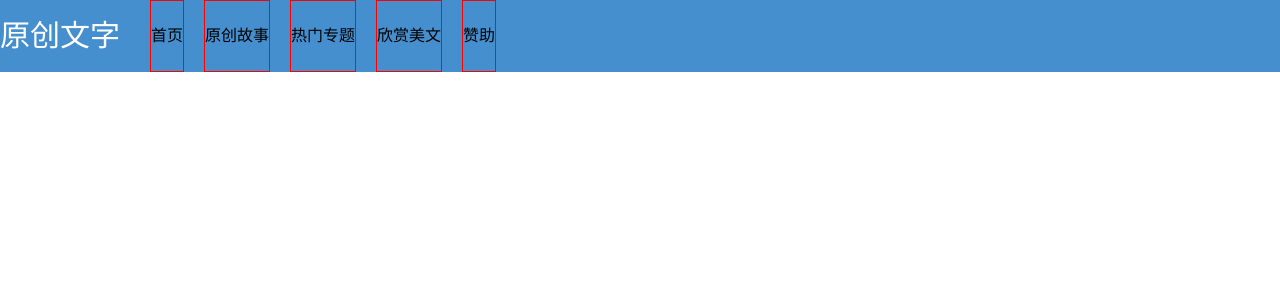
Repository: equation-zheng/Article
Page: http://localhost/Idles/
These files come from the project's save history. The page is drawn as it stood at one moment and after the next save; the edit follows.
The browser window is 1280 px wide. The pictures show the whole page.
The page is served by Tomcat 9.

Above is the page before, as saved 2017-12-05 09:06:07.

After the next save:
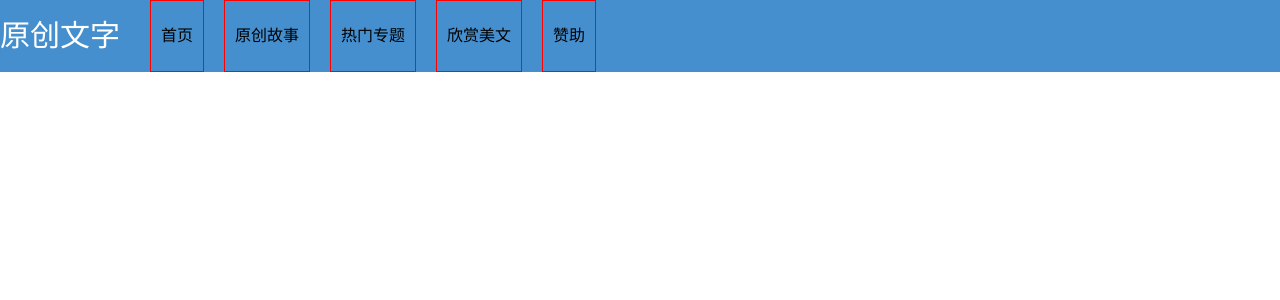
Saved 55 s later.
--- a/Service/apache-tomcat-7.0.82/Idles/WebContent/index.jsp
+++ b/Service/apache-tomcat-7.0.82/Idles/WebContent/index.jsp
@@ -37,6 +37,7 @@
 		float: left;
 		line-height: 70px;
 		margin-left: 20px;
+		padding: 0 10px 0 10px;
 	}
 
 </style>
